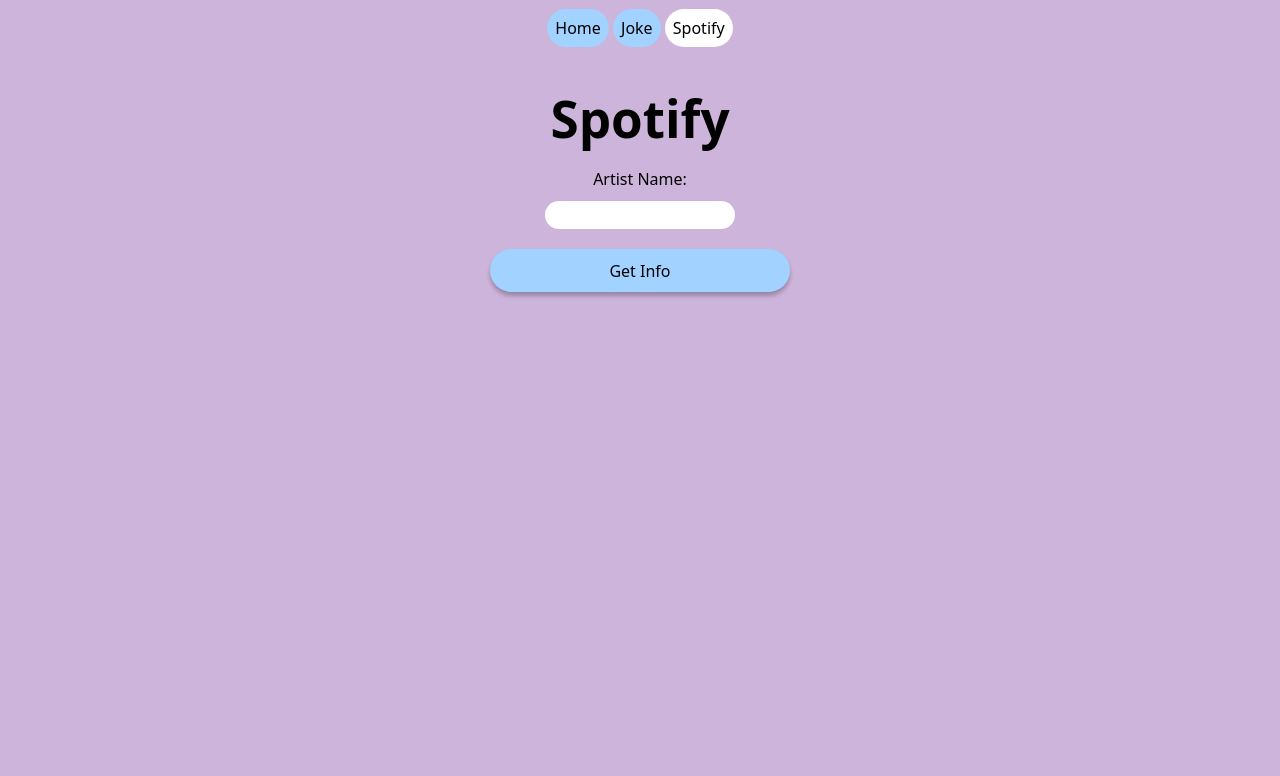
Repository: rosieomusic/spotify-react
Page: /#/spotify
The author's editor kept a copy of each file at every save. The page is drawn from the files as they stood at one save, then again after the next save.
The browser window is 1280 px wide. The pictures show the whole page.
The page's requests for data from a server got no answer. The project was rebuilt for these pictures with package versions that can differ from the ones it lists, and the page was loaded fresh each time. No one was signed in, and anything a server would have sent is missing. Settings that the repository does not hold, such as keys and server addresses, were given made-up values. Also part of the build but not shown: vite.config.js, src/pages/HomePage.jsx, src/components/AlbumComponent.jsx, src/services/JokeService.js, src/pages/JokePage.jsx.

Above is the page before, as saved 2025-05-22 13:42:16.

### index.html
<!DOCTYPE html>
<html lang="en">
	<head>
		<meta charset="UTF-8" />
		<link
			rel="icon"
			type="image/svg+xml"
			href="/vite.svg"
		/>
		<meta
			name="viewport"
			content="width=device-width, initial-scale=1.0"
		/>
		<title>Joke and Spotify API</title>
	</head>
	<body>
		<div id="root"></div>
		<script
			type="module"
			src="/src/main.jsx"
		></script>
	</body>
</html>

### src/index.css
:root {
	font-family: system-ui, Avenir, Helvetica, Arial, sans-serif;
	line-height: 1.5;
	font-weight: 400;
	color: black;
	background-color: white;
	font-synthesis: none;
	text-rendering: optimizeLegibility;
	-webkit-font-smoothing: antialiased;
	-moz-osx-font-smoothing: grayscale;
}

h1 {
	font-size: 3.2em;
	line-height: 1.1;
}

### src/App.jsx
import './App.css';
import { HashRouter, Routes, Route, NavLink } from 'react-router-dom';

import HomePage from './pages/HomePage';
import SpotifyPage from './pages/SpotifyPage';
import JokePage from './pages/JokePage';

function App() {
	return (
		<HashRouter>
			<div id='app-container'>
				<nav>
					<NavLink
						to='/'
						className={({ isActive }) =>
							isActive ? 'nav-link active' : 'nav-link'
						}
					>
						Home
					</NavLink>{' '}
					<NavLink
						to='/joke'
						className={({ isActive }) =>
							isActive ? 'nav-link active' : 'nav-link'
						}
					>
						Joke
					</NavLink>{' '}
					<NavLink
						to='/spotify'
						className={({ isActive }) =>
							isActive ? 'nav-link active' : 'nav-link'
						}
					>
						Spotify
					</NavLink>
				</nav>

				<main>
					<Routes>
						<Route
							path='/'
							element={<HomePage />}
						/>
						<Route
							path='/joke'
							element={<JokePage />}
						/>
						<Route
							path='/spotify'
							element={<SpotifyPage />}
						/>
					</Routes>
				</main>
			</div>
		</HashRouter>
	);
}

export default App;

### src/App.css
html,
body {
	height: 100%;
	margin: 0;
	padding: 0;
	background-color: #cdb4db;
	box-sizing: border-box;
}
body {
	overflow-x: hidden;
}
#root {
	width: 100%;
	margin: 0 auto;
	display: flex;
	justify-content: center;
	align-items: center;
	text-align: center;
}
.spotify-wrapper {
	width: 100%;
	min-width: 100vw;
	min-height: 100vh;
	background-color: #cdb4db;
	display: flex;
	justify-content: center;
	align-items: flex-start;
}

#app-container {
	display: flex;
	flex-direction: column;
	min-height: 100vh;
	flex-grow: 1;
}
.spotify-page {
	flex-grow: 1;
	height: 100%;
	width: 100%;
	display: flex;
	flex-direction: column;
	align-items: center;
	background-color: #cdb4db;

	padding-bottom: 4rem;
}

button {
	background-color: #a2d2ff;
	border: none;
	margin-top: 20px;
	transition: box-shadow 200ms ease-in-out, transform 200ms ease-in-out;
	box-shadow: 0 4px 4px rgba(0, 0, 0, 0.25);
	font: inherit;
	cursor: pointer;
	outline: none;
	transition: border-color 0.25s;
	transform: scale(1);
	display: inline-block;
	transform-origin: center;
	padding: 0.6em 1.2em;
	font-size: 1em;
	font-weight: 500;
	border-radius: 30px;
	width: 300px;
}
button:focus {
	border: none;
	outline: none;
}
button:hover {
	transform: scale(1.05);
	box-shadow: 0 2x 2px rgba(0, 0, 0, 0.25);
}
h1,
p {
	justify-self: center;
	text-align: center;
	align-self: center;
	margin-bottom: 20px;
	text-wrap: wrap;
}
li {
	list-style-type: none;
}
h2 {
	text-align: center;
}

nav {
	text-align: center;
	margin-top: 1rem;
}
.albums {
	display: flex;
	flex-direction: column;
}
.info {
	text-align: left;
	display: flex;

	flex-direction: column;
}
.bandImg {
	max-width: 400px;
	border-radius: 70%;
	padding: 1em;
}
.artist {
	display: flex;
}
.albumImg {
	width: 100%;
	max-width: 90%;
	margin: 2em;
	justify-content: center;
}
a {
	text-decoration: none;
	color: black;
	background-color: #a2d2ff;
	border-radius: 30px;
	padding: 0.5em;
}
.nav-link.active {
	text-decoration: none;
	background-color: white;
	color: black;
}
.nav-link:hover {
	text-decoration: none;
	color: #a2d2ff;
	background-color: black;
}
main {
	display: flex;
	flex-direction: column;
	justify-content: center;
	align-items: center;
	text-align: center;
	height: 100%;
	box-sizing: border-box;
	margin-bottom: 0;
	padding-top: 1rem;
}
input {
	margin-top: 10px;
	border: none;
	padding: 0.5em;
	border-radius: 30px;
}
input:focus {
	border: none;
	outline: none;
}

### src/pages/SpotifyPage.jsx
import React from 'react';
import { useState, useEffect } from 'react';
import SpotifyService from '../services/SpotifyService.js';
import AlbumComponent from '../components/AlbumComponent.jsx';

export default function SpotifyPage() {
	const [token, setToken] = useState('');
	const [artistName, setArtistName] = useState('');
	const [artist, setArtist] = useState('');
	const [albums, setAlbums] = useState('');

	function handleChange(event) {
		setArtistName(event.target.value);
	}

	function getArtistInfo() {
		SpotifyService.getArtist(artistName, token).then((response) => {
			//console.log(response);
			setArtist(response.data.artists.items[0]);
		});
	}
	function getAlbumInfo() {
		SpotifyService.getAlbums(artist.id, token).then((response) => {
			//console.log(response);
			setAlbums(response.data.items);
		});
	}
	function handleKeyPress(event) {
		if (event.key === 'Enter') {
			SpotifyService.getArtist(artistName, token).then((response) => {
				//console.log(response);
				setArtist(response.data.artists.items[0]);
			});
		}
	}

	function getAuthToken() {
		SpotifyService.getAuthToken().then((response) => {
			setToken(response.access_token);
		});
	}
	useEffect(() => {
		getAuthToken();
	}, []);
	return (
		<div className='spotify-wrapper'>
			<div className='spotify-page'>
				<h1>Spotify</h1>
				<label htmlFor='artistName'>Artist Name:</label>
				<input
					type='text'
					value={artistName}
					onChange={handleChange}
					onKeyDown={handleKeyPress}
				/>
				<button onClick={getArtistInfo}>Get Info</button>
				<div id='artist'>
					{artist && (
						<div id='info'>
							<ul>
								<li className='info'>Popularity: {artist.popularity}</li>
								<li className='info'>{artist.name}</li>
								<li className='info'>Followers: {artist.followers.total}</li>
								{artist.genres && artist.genres.length > 0 && (
									<li className='info'>Genres: {artist.genres + ' '} </li>
								)}
							</ul>
							{artist.images && artist.images.length > 0 && (
								<img
									className='bandImg'
									src={artist.images[0].url}
									alt={`${artist.name} Img`}
								/>
							)}
							<div className='albums'>
								<button onClick={getAlbumInfo}>Get Albums</button>
								{albums && <AlbumComponent albums={albums} />}
							</div>
						</div>
					)}
				</div>
			</div>
		</div>
	);
}

### src/services/SpotifyService.js
import axios from 'axios';

const client_id = import.meta.env.VITE_SPOTIFY_ID;
const client_secret = import.meta.env.VITE_SPOTIFY_SECRET;
const auth_token = btoa(`${client_id}:${client_secret}`);

export default {
	getAuthToken() {
		return axios
			.post(
				'https://accounts.spotify.com/api/token',
				new URLSearchParams({
					grant_type: 'client_credentials',
				}).toString(),
				{
					headers: {
						'Content-Type': 'application/x-www-form-urlencoded',
						Authorization: 'Basic ' + auth_token,
					},
				}
			)
			.then((response) => response.data);
	},

	getArtist(artistName, token) {
		return axios.get(
			`https://api.spotify.com/v1/search?q=${artistName}&type=artist`,
			{
				headers: { Authorization: 'Bearer ' + token },
			}
		);
	},

	getAlbums(artistId, token) {
		return axios.get(`https://api.spotify.com/v1/artists/${artistId}/albums`, {
			headers: { Authorization: 'Bearer ' + token },
		});
	},
};

Loaded but not shown: src/main.jsx (common file)

After the next save:
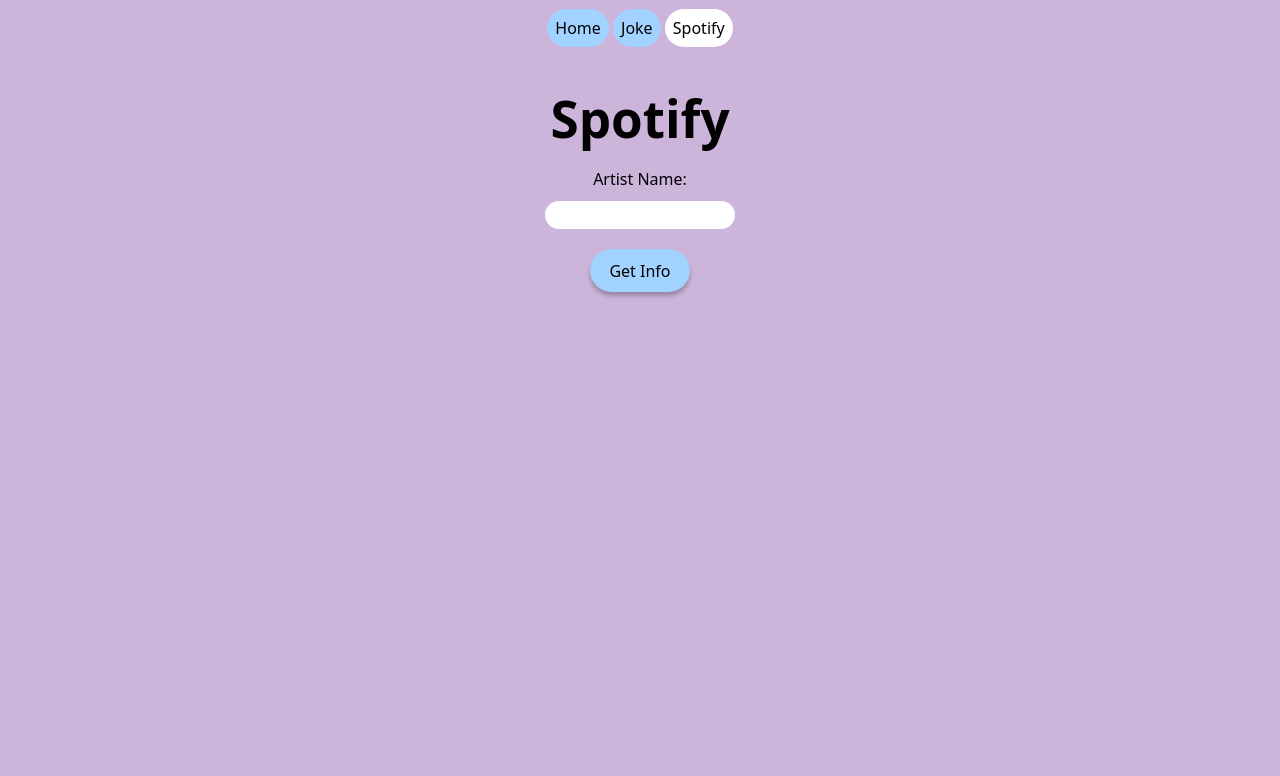
Saved 12 s later.
--- a/src/App.css
+++ b/src/App.css
@@ -62,7 +62,6 @@ button {
 	font-size: 1em;
 	font-weight: 500;
 	border-radius: 30px;
-	width: 300px;
 }
 button:focus {
 	border: none;
@@ -92,8 +91,6 @@ nav {
 	margin-top: 1rem;
 }
 .albums {
-	display: flex;
-	flex-direction: column;
 }
 .info {
 	text-align: left;
